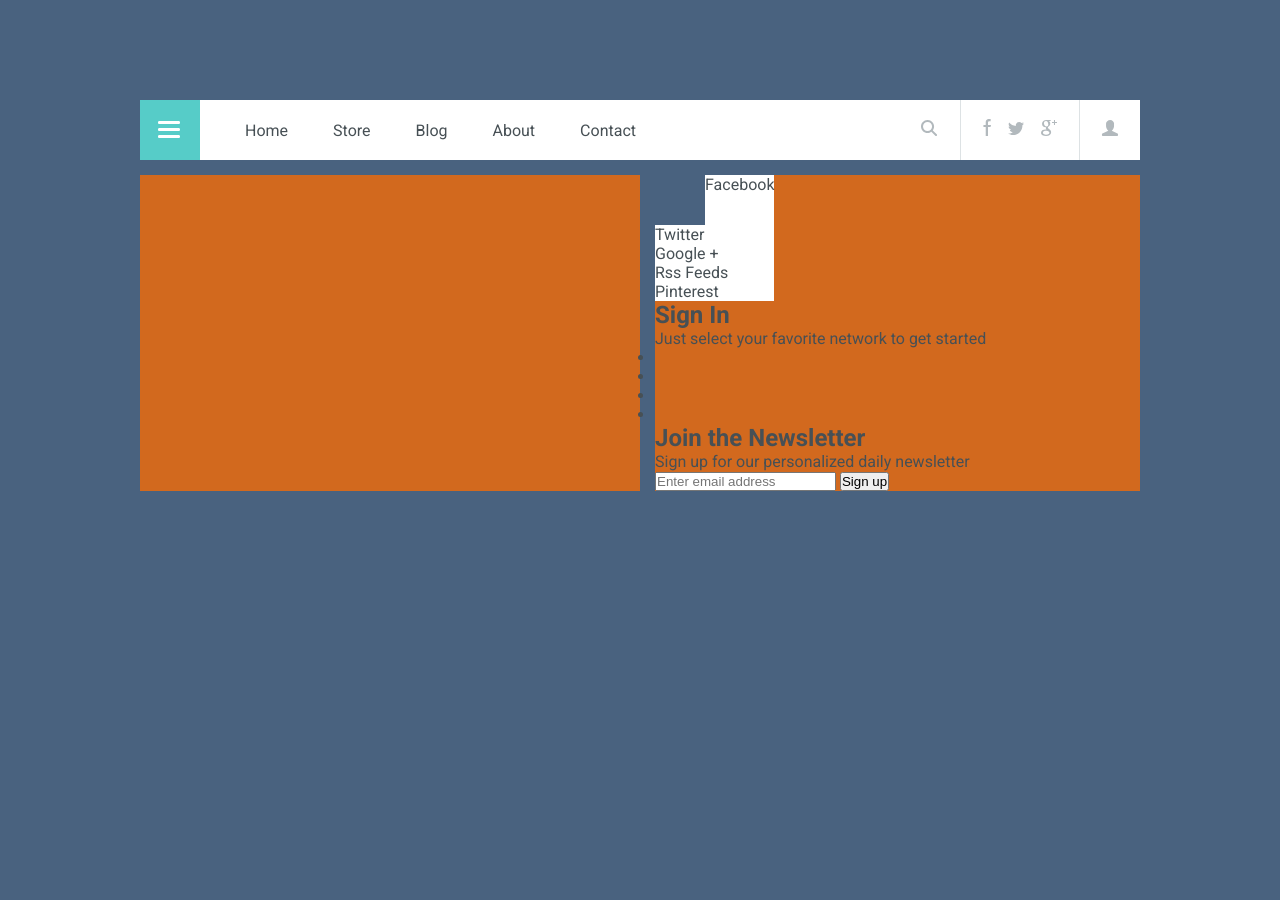
Repository: pawelczubak/WeeklyWebDevChallenge
Page: Challenge_4/index.html
These files come from the project's save history. The page is drawn as it stood at one moment and after the next save; the edit follows.
The browser window is 1280 px wide. The pictures show the whole page.
Some web libraries are served in a nearby version.

Above is the page before, as saved 2020-04-27 20:05:34.

### Challenge_4/index.html
<!DOCTYPE html>
<html lang="en">

<head>
    <meta charset="UTF-8">
    <meta name="viewport" content="width=device-width, initial-scale=1.0">

    <title>Weekly WebDev Challenge - 4</title>

    <link href="https://fonts.googleapis.com/css2?family=Roboto:wght@300;400;700&display=swap" rel="stylesheet">
    <script src="https://kit.fontawesome.com/f64caa1a2c.js" crossorigin="anonymous"></script>

    <meta name="viewport" content="width = device-width, initial-scale=1, user-scalable=yes">
    <link rel="stylesheet" href="css/main.css">
</head>

<body>
    <div class="container">
        <!--  -----  NAVIGATION START  -----  -->
        <nav class="nav">
            <div class="nav-button">

                <svg xmlns="http://www.w3.org/2000/svg" xmlns:xlink="http://www.w3.org/1999/xlink" width="0.24in"
                    height="0.18in">
                    <path fill-rule="evenodd" fill="rgb(255, 255, 255)"
                        d="M20.653,17.008 L1.347,17.008 C0.603,17.008 -0.000,16.417 -0.000,15.690 L-0.000,15.372 C-0.000,14.644 0.603,14.055 1.347,14.055 L20.653,14.055 C21.397,14.055 22.000,14.644 22.000,15.372 L22.000,15.690 C22.000,16.417 21.397,17.008 20.653,17.008 ZM20.653,9.980 L1.347,9.980 C0.603,9.980 -0.000,9.390 -0.000,8.662 L-0.000,8.344 C-0.000,7.617 0.603,7.027 1.347,7.027 L20.653,7.027 C21.397,7.027 22.000,7.617 22.000,8.344 L22.000,8.662 C22.000,9.390 21.397,9.980 20.653,9.980 ZM20.653,2.952 L1.347,2.952 C0.603,2.952 -0.000,2.362 -0.000,1.635 L-0.000,1.317 C-0.000,0.589 0.603,-0.001 1.347,-0.001 L20.653,-0.001 C21.397,-0.001 22.000,0.589 22.000,1.317 L22.000,1.635 C22.000,2.362 21.397,2.952 20.653,2.952 Z" />
                </svg>

            </div>
            <ul class="nav-list">
                <li class="nav-list__item"><a href="#" class="nav-list__link">Home</a></li>
                <li class="nav-list__item"><a href="#" class="nav-list__link">Store</a></li>
                <li class="nav-list__item"><a href="#" class="nav-list__link">Blog</a></li>
                <li class="nav-list__item"><a href="#" class="nav-list__link">About</a></li>
                <li class="nav-list__item"><a href="#" class="nav-list__link">Contact</a></li>
            </ul>
            <div class="nav-icons">
                <div class="nav-icons__search">
                    <a href="#" class="nav-link__icon">
                        <svg xmlns="http://www.w3.org/2000/svg" xmlns:xlink="http://www.w3.org/1999/xlink"
                            width="0.18in" height="0.17in">
                            <path class="nav-icons__svg" fill-rule="evenodd" fill="rgb(178, 185, 189)"
                                d="M15.728,14.309 L11.786,10.388 C12.600,9.303 13.088,7.963 13.088,6.504 C13.088,2.908 10.157,-0.006 6.541,-0.006 C2.926,-0.006 -0.005,2.908 -0.005,6.504 C-0.005,10.100 2.926,13.014 6.541,13.014 C7.963,13.014 9.275,12.558 10.349,11.793 L14.304,15.726 C14.697,16.117 15.335,16.117 15.728,15.726 C16.121,15.335 16.121,14.700 15.728,14.309 ZM6.541,11.011 C4.038,11.011 2.009,8.994 2.009,6.504 C2.009,4.015 4.038,1.996 6.541,1.996 C9.044,1.996 11.073,4.015 11.073,6.504 C11.073,8.994 9.044,11.011 6.541,11.011 Z" />
                        </svg>
                    </a>
                </div>
                <ul class="nav-icons__social-list">
                    <li class="nav-icons__social-icons">
                        <a href="#" class="nav-link__icon">
                            <svg xmlns="http://www.w3.org/2000/svg" xmlns:xlink="http://www.w3.org/1999/xlink"
                                width="0.09in" height="0.18in">
                                <path class="nav-icons__svg" fill-rule="evenodd" fill="rgb(178, 185, 189)"
                                    d="M7.672,0.063 L6.069,0.063 C6.069,0.063 2.724,-0.188 2.724,3.338 C2.724,4.092 2.724,6.011 2.724,6.011 L0.453,6.011 L0.459,7.910 L2.723,7.910 L2.725,17.002 L5.000,17.002 L5.000,7.910 L7.507,7.910 L8.042,6.011 L5.013,6.011 L5.013,3.266 C5.013,3.266 4.988,2.341 6.072,2.341 L7.662,2.341 L7.672,0.063 Z" />
                            </svg>
                        </a>
                    </li>
                    <li class="nav-icons__social-icons">
                        <a href="#" class="nav-link__icon">
                            <svg xmlns="http://www.w3.org/2000/svg" xmlns:xlink="http://www.w3.org/1999/xlink"
                                width="0.17in" height="0.14in">
                                <path class="nav-icons__svg" fill-rule="evenodd" fill="rgb(178, 185, 189)"
                                    d="M16.027,1.547 C15.437,1.809 14.803,1.985 14.138,2.065 C14.817,1.659 15.338,1.015 15.584,0.250 C14.949,0.625 14.245,0.898 13.497,1.046 C12.897,0.408 12.043,0.009 11.097,0.009 C9.282,0.009 7.810,1.478 7.810,3.291 C7.810,3.547 7.839,3.799 7.895,4.039 C5.163,3.901 2.741,2.595 1.119,0.611 C0.837,1.095 0.674,1.658 0.674,2.259 C0.674,3.398 1.255,4.402 2.137,4.990 C1.598,4.974 1.091,4.825 0.648,4.579 C0.647,4.593 0.647,4.606 0.647,4.621 C0.647,6.211 1.781,7.537 3.285,7.838 C3.009,7.913 2.718,7.953 2.418,7.953 C2.207,7.953 2.000,7.933 1.800,7.894 C2.218,9.198 3.432,10.147 4.871,10.172 C3.746,11.053 2.328,11.578 0.788,11.578 C0.523,11.578 0.261,11.562 0.004,11.531 C1.459,12.462 3.187,13.006 5.043,13.006 C11.089,13.006 14.395,8.006 14.395,3.671 C14.395,3.529 14.393,3.387 14.387,3.246 C15.029,2.783 15.586,2.206 16.027,1.547 Z" />
                            </svg>
                        </a>
                    </li>
                    <li class="nav-icons__social-icons">
                        <a href="#" class="nav-link__icon">
                            <svg xmlns="http://www.w3.org/2000/svg" xmlns:xlink="http://www.w3.org/1999/xlink"
                                width="0.18in" height="0.18in">
                                <path class="nav-icons__svg" fill-rule="evenodd" fill="rgb(178, 185, 189)"
                                    d="M15.006,4.015 L15.006,5.999 L13.966,5.999 L13.966,4.015 L11.997,4.015 L11.997,3.013 L13.966,3.013 L13.966,0.971 L15.006,0.971 L15.006,3.013 L17.010,3.013 L17.010,4.015 L15.006,4.015 ZM8.900,2.055 C9.780,2.557 10.247,3.589 10.247,4.730 C10.247,5.777 9.666,6.620 8.845,7.259 C8.043,7.884 7.891,8.145 7.891,8.676 C7.891,9.129 8.849,9.803 9.290,10.132 C10.823,11.279 11.112,12.000 11.134,13.433 C11.162,15.338 9.199,17.001 6.054,17.001 C3.294,17.001 0.982,15.749 0.982,13.959 C0.982,11.258 2.897,10.385 5.657,10.385 C5.958,10.385 6.233,10.377 6.518,10.377 C6.141,10.013 5.836,9.697 5.836,9.144 C5.836,8.815 5.940,8.501 6.087,8.221 C5.938,8.231 5.785,8.241 5.627,8.241 C3.360,8.241 2.041,6.653 2.041,4.664 C2.041,2.715 4.050,0.969 6.459,0.969 C7.701,0.969 11.208,0.969 11.208,0.969 L10.147,2.055 L8.900,2.055 ZM6.121,11.642 C4.364,11.642 2.912,12.300 2.912,13.538 C2.912,14.799 4.207,15.828 5.999,15.828 C8.520,15.828 9.398,14.865 9.398,13.601 C9.398,13.449 9.394,13.295 9.341,13.156 C8.733,11.642 6.774,11.642 6.121,11.642 ZM8.249,4.923 C8.040,3.342 7.249,2.152 6.035,2.115 C4.820,2.079 3.755,3.182 3.966,4.764 C4.175,6.348 5.330,7.409 6.545,7.446 C7.760,7.481 8.458,6.507 8.249,4.923 Z" />
                            </svg>
                        </a>
                    </li>
                </ul>
                <div class="nav-icons__acount">
                    <a href="#" class="nav-link__icon">
                        <svg xmlns="http://www.w3.org/2000/svg" xmlns:xlink="http://www.w3.org/1999/xlink"
                            width="0.182in" height="0.18in">
                            <path class="nav-icons__svg" fill-rule="evenodd" fill="rgb(178, 185, 189)"
                                d="M15.993,17.030 L1.963,17.030 C1.394,17.030 0.932,16.569 0.932,15.999 L0.932,15.405 C0.932,14.535 1.963,14.374 1.963,14.374 L7.322,11.719 C5.880,10.561 5.056,8.283 5.056,7.156 L5.056,4.578 C5.056,2.871 6.903,0.969 9.181,0.969 C11.459,0.969 13.024,2.871 13.024,4.578 L13.024,7.156 C13.024,8.394 12.208,10.604 10.779,11.729 L15.993,14.374 C15.993,14.374 17.024,14.551 17.024,15.405 L17.024,15.999 C17.024,16.569 16.562,17.030 15.993,17.030 Z" />
                        </svg>
                    </a>
                </div>
            </div>
        </nav>

        <!--  -----  NAVIGATION END  -----  -->

        <!--  -----  MAIN START  -----  -->
        <main class="main">
            <!--  -----  MENU SECTION START  -----  -->
            <section class="menu-section"></section>
            <!--  -----  MENU SECTION END  -----  -->

            <!--  -----  SOCIAL SECTION START  -----  -->
            <section class="social-section">
                <article class="social-section__socials-container">
                    <ul class="socials-container__socials-list">
                        <li class="socials-container__socials-items">
                            <a href="#" class="socials-container__socials-link">
                                <div class="social-link__icon"></div>Facebook
                            </a>
                        </li>
                        <li class="socials-container__socials-items">
                            <a href="#" class="socials-container__socials-link">Twitter</a>
                        </li>
                        <li class="socials-container__socials-items">
                            <a href="#" class="socials-container__socials-link">Google +</a>
                        </li>
                        <li class="socials-container__socials-items">
                            <a href="#" class="socials-container__socials-link">Rss Feeds</a>
                        </li>
                        <li class="socials-container__socials-items">
                            <a href="#" class="socials-container__socials-link">Pinterest</a>
                        </li>
                    </ul>
                    <div class="socials-container__follow-items">
                        <div class="socials-container__facebook-widget"></div>
                        <div class="socials-container__twitter-widget"></div>
                    </div>
                </article>
                <article class="social-section__sign-in">
                    <h2 class="socials-container__header">Sign In</h2>
                    <p class="sign-in__paragraph">Just select your favorite network to get started</p>
                    <ul class="sign-in__list">
                        <li class="sign-in__item"><a href="#" class="sign-in__link"></a></li>
                        <li class="sign-in__item"><a href="#" class="sign-in__link"></a></li>
                        <li class="sign-in__item"><a href="#" class="sign-in__link"></a></li>
                        <li class="sign-in__item"><a href="#" class="sign-in__link"></a></li>
                    </ul>
                </article>
                <article class="social-section__newsletter">
                    <h2 class="socials-container__header">Join the Newsletter</h2>
                    <p class="newsletter__paragraph">Sign up for our personalized daily newsletter</p>
                    <form action="GET" class="newsletter__form">
                        <input placeholder="Enter email address" type="email" name="email" required
                            class="newsletter__input" autocomplete="off" />
                        <button class="newsletter__button" formenctype="multipart/form-data" type="submit">Sign
                            up</button>
                    </form>
                </article>
            </section>
            <!--  -----  SOCIAL SECTION END  -----  -->
        </main>
        <!--  -----  MAIN END  -----  -->


    </div>

    <script src="js/main.js" type="text/javascript"></script>
</body>

</html>

### Challenge_4/css/main.css
*,
*::after,
*::before {
    box-sizing: border-box;
    margin: 0;
    padding: 0;
}

/*------------------  GLOBAL START  ------------------*/
body {
    margin: 0;
    padding: 0;
    font: 16px 'Roboto', sans-serif;
    color: #475055;
    background-color: #49627f;
}

.container {
    max-width: 1000px;
    min-height: 700px;
    margin: 100px auto;
    overflow: hidden;
}

/*------------------  GLOBAL END  ------------------*/
/*------------------  NAV START  ------------------*/
.nav {
    position: relative;
    display: flex;
    justify-content: left;
    width: 100%;
    height: 60px;
    background-color: #ffffff;
    margin-bottom: 15px;
}

.nav-button {
    display: flex;
    align-items: center;
    justify-content: center;
    background-color: #56ccc8;
    width: 60px;
    cursor: pointer;
    pointer-events: none;
}

.nav-button:hover {
    background-color: #56ddd8;
}

.nav-list {
    display: flex;
    list-style: none;

}

.nav-list__item {
    padding-left: 45px;
    display: flex;
    align-items: center
}

.nav-list__link {
    text-decoration: none;
    color: #475055;
}

.nav-list__link:hover {
    color: #56ccc8;
}

.nav-icons {
    display: flex;
    align-items: center;
    margin-left: auto;
}

.nav-icons__search {
    width: 60px;
    display: flex;
    justify-content: center;
}

.nav-link__icon {}

.nav-icons__social-list {
    position: relative;
    display: flex;
    height: 100%;
    justify-content: space-around;
    align-items: center;
    width: 120px;
    padding: 0 15px;
}

.nav-icons__social-list::before,
.nav-icons__social-list::after {
    position: absolute;
    content: '';
    top: 0;
    height: 100%;
    width: 1px;
    background-color: #dde2e4;
}

.nav-icons__social-list::after {
    left: 0;
}

.nav-icons__social-list::before {
    right: 0;
}

.nav-icons__social-icons {
    list-style: none;
}

.nav-icons__acount {
    width: 60px;
    display: flex;
    justify-content: center;
}

.nav-link__icon:hover .nav-icons__svg {
    fill: #152840;
}

/*------------------  NAV END  ------------------*/
/*------------------  MAIN START  ------------------*/
.main {
    display: flex;
    width: 100%;
}

/*------------------  MENU SECTION START  ------------------*/
.menu-section {
    width: 50%;
    /*    !!!!!!!!!!  ONLY FOR TEST !!!!!! */
    min-heignt: 500px;
    background-color: chocolate;
}

/*------------------  MENU SECTION END  ------------------*/
/*------------------  SOCIAL SECTION START  ------------------*/
.social-section {
    width: calc(50% - 15px);
    margin-left: 15px;

    background-color: chocolate;

}

.social-section__socials-container {
    display: flex;
}

.socials-container__socials-list {
    list-style: none;
    background-color: #ffffff;
}

.socials-container__socials-items {}

.social-link__icon {
    height: 50px;
    width: 50px;
    background-color: #49627f;
}

.socials-container__socials-link {
    display: flex;
    text-decoration: none;
    color: #475055;
}

/*------------------  SOCIAL SECTION END  ------------------*/

/*------------------  MAIN END  ------------------*/

/*------------------  MEDIAQUERY START  ------------------*/

@media screen and (max-width: 1024px) {
    .container {
        max-width: 95%;
    }
}

@media screen and (max-width: 800px) {
    .container {
        margin: 15px auto;
    }

    /*------------------  NAV START  ------------------*/
    .nav-button {
        pointer-events: all;
    }

    .nav-list {
        position: absolute;
        flex-direction: column;
        background-color: #ffffff;
        width: 50%;
        top: 60px;
        left: 0;
        height: 500px;
        justify-content: space-around;
        align-items: center;
        transform: translateX(-101%);
        transition: all 0.2s ease-in;
    }

    .nav-list__item {
        opacity: 0;
        padding: 0;
    }

    /*------------------  NAV END  ------------------*/
}

.nav-list--active {
    transform: translateX(0%);
}

/*------------------  MEDIAQUERY END  ------------------*/

/*------------------  ANIMATIONS  ------------------*/
@keyframes navLinkFade {
    from {
        opacity: 0;
        transform: translateX(-50px);
    }

    to {
        opacity: 1;
        transform: translateX(0px);
    }
}

### Challenge_4/js/main.js
const navSlide = () => {
    const burger = document.querySelector('.nav-button');
    const nav = document.querySelector('.nav-list');
    const navLinks = document.querySelectorAll('.nav-list__item');



    burger.addEventListener('click', () => {
        //Toggle nav
        nav.classList.toggle('nav-list--active');

        //Animate links
        navLinks.forEach((link, index) => {
            if (link.style.animation) {
                link.style.animation = ''
            } else {
                link.style.animation = `navLinkFade 0.5s ease forwards ${index / 7 + 0.2}s`;
            }

        });
    });


}

navSlide();

After the next save:
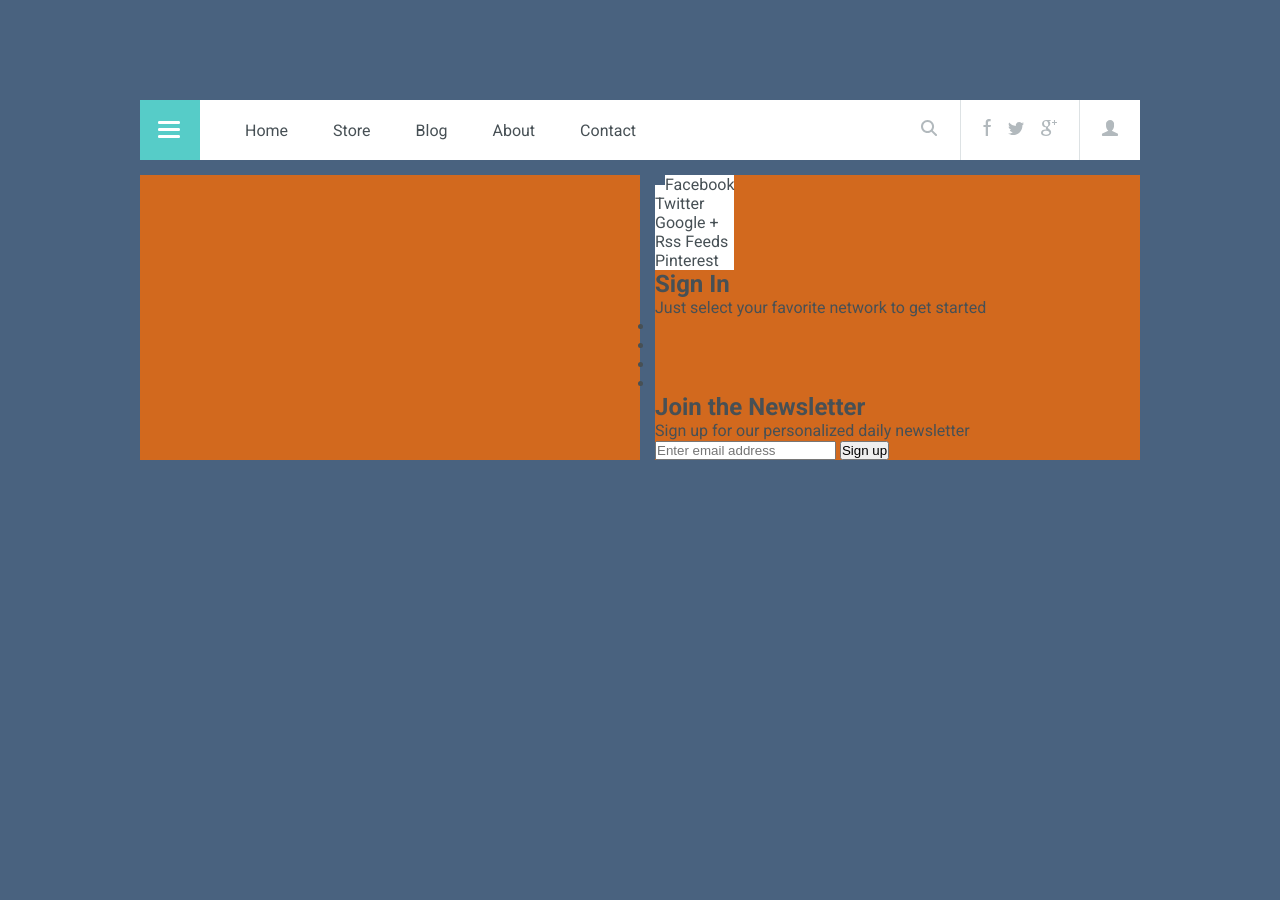
Saved 14 s later.
--- a/Challenge_4/css/main.css
+++ b/Challenge_4/css/main.css
@@ -162,8 +162,8 @@ body {
 .socials-container__socials-items {}
 
 .social-link__icon {
-    height: 50px;
-    width: 50px;
+    height: 10px;
+    width: 10px;
     background-color: #49627f;
 }
 
